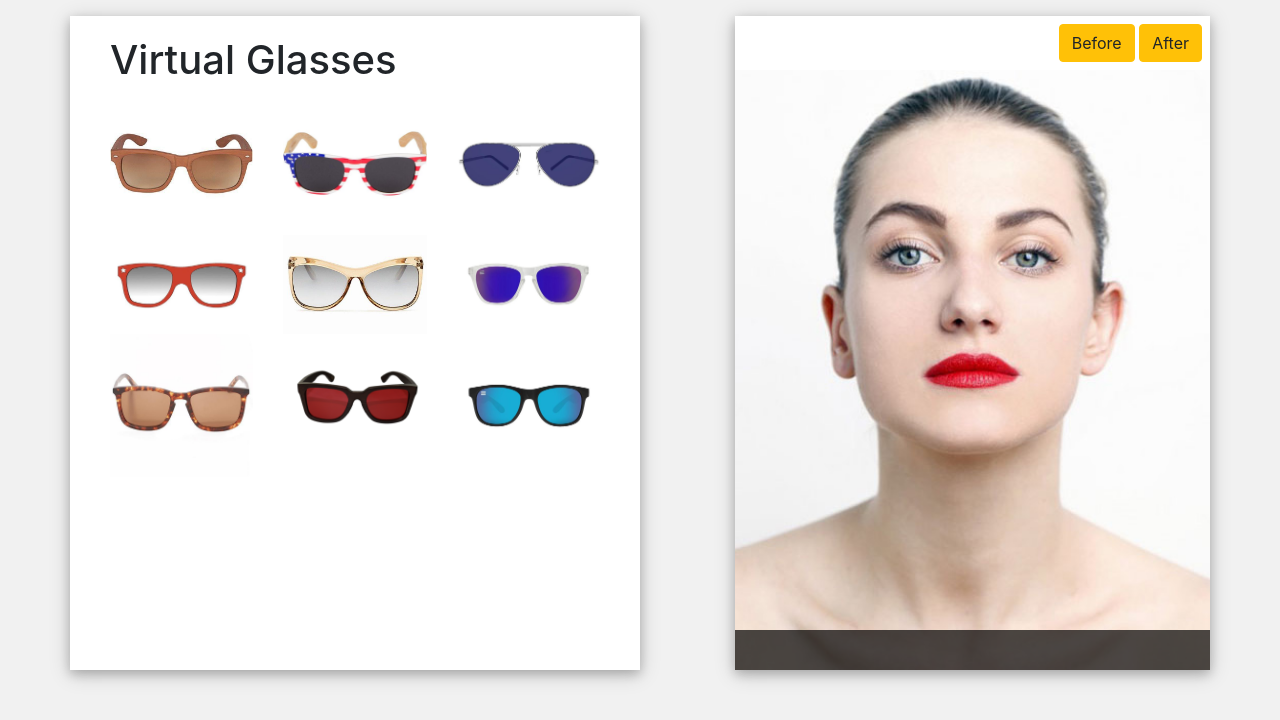
Repository: Khoi300399/BC35E_ES6_B2_MaThanhKhoi
Page: index.html
These files come from the project's save history. The page is drawn as it stood at one moment and after the next save; the edit follows.
The browser window is 1280 px wide. The pictures show the whole page.

Above is the page before, as saved 2022-10-23 22:25:10.

After the next save:
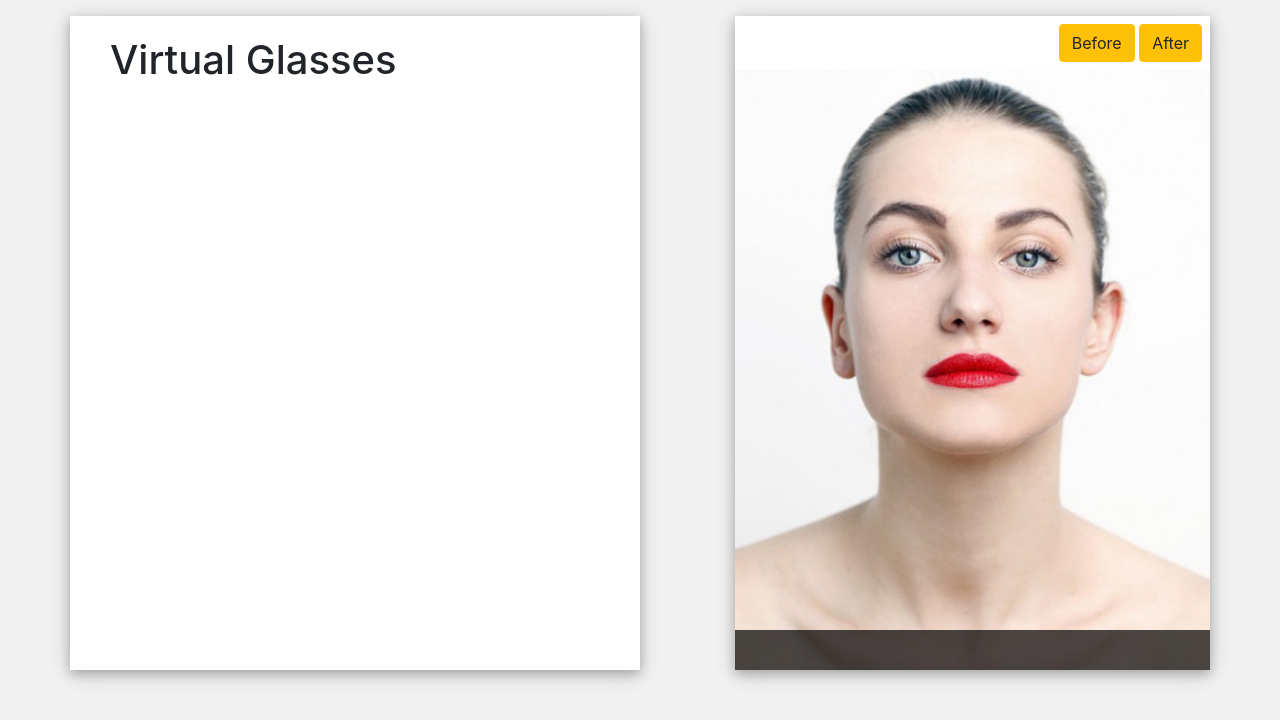
Console error: SyntaxError: Unexpected token ')'
Saved 31 min 54 s later.
--- a/js/main.js
+++ b/js/main.js
@@ -129,11 +129,18 @@
 };
 
 window.removeGlasses = (isValid) => {
-  console.log(isValid);
-  if (isValid) {
-    document.querySelector("#glassesInfo").style.display = "block";
-    document.querySelector("#avatar img").style.opacity = 0.8;
-  }
+
+
+
+
+};
+
+let btnBefore = (isValid)=>{
   document.querySelector("#glassesInfo").style.display = "none";
   document.querySelector("#avatar img").style.opacity = 0;
-};
+}
+
+let btnAfter = (isValid)=>{
+  if(){document.querySelector("#glassesInfo").style.display = "block";
+  document.querySelector("#avatar img").style.opacity = 0.8;}
+}

After the save that followed:
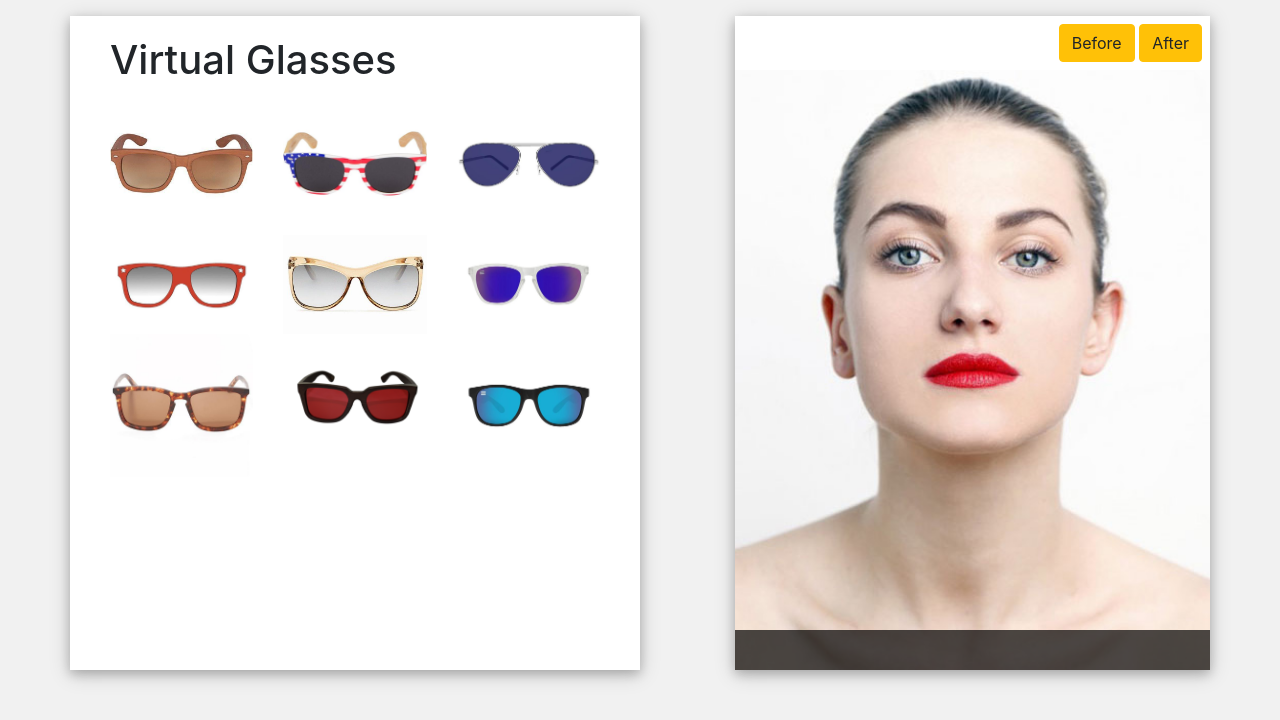
The error is gone.
Saved 28 s later.
--- a/js/main.js
+++ b/js/main.js
@@ -128,19 +128,16 @@
   document.querySelector("#glassesInfo").style.display = "block";
 };
 
-window.removeGlasses = (isValid) => {
+window.removeGlasses = (isValid) => {};
 
-
-
-
+let btnBefore = (isValid) => {
+  document.querySelector("#glassesInfo").style.display = "none";
+  document.querySelector("#avatar img").style.opacity = 0;
 };
 
-let btnBefore = (isValid)=>{
-  document.querySelector("#glassesInfo").style.display = "none";
-  document.querySelector("#avatar img").style.opacity = 0;
-}
-
-let btnAfter = (isValid)=>{
-  if(){document.querySelector("#glassesInfo").style.display = "block";
-  document.querySelector("#avatar img").style.opacity = 0.8;}
-}
+let btnAfter = (isValid) => {
+  if (isValid === false) {
+    document.querySelector("#glassesInfo").style.display = "block";
+    document.querySelector("#avatar img").style.opacity = 0.8;
+  }
+};
